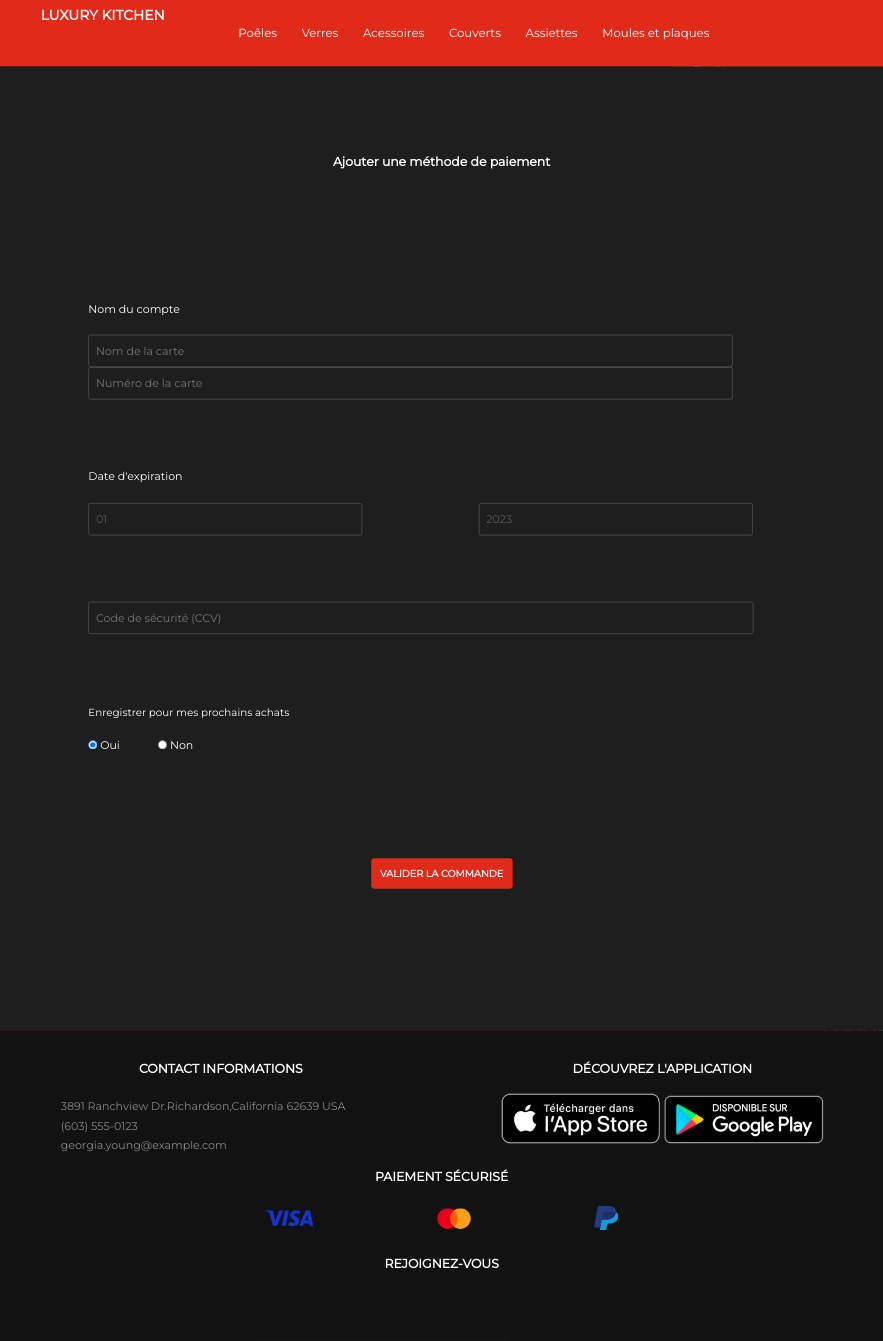
Repository: Juannpl/Luxury-Kicthen
Page: html/paiement.html
The author's editor kept a copy of each file at every save. The page is drawn from the files as they stood at one save, then again after the next save.
The browser window is 1280 px wide. The pictures show the whole page, at 69% of full size.
Some icons come from a web library that is not loaded, so they are not drawn.

Above is the page before, as saved 2023-02-17 09:59:38.

After the next save:
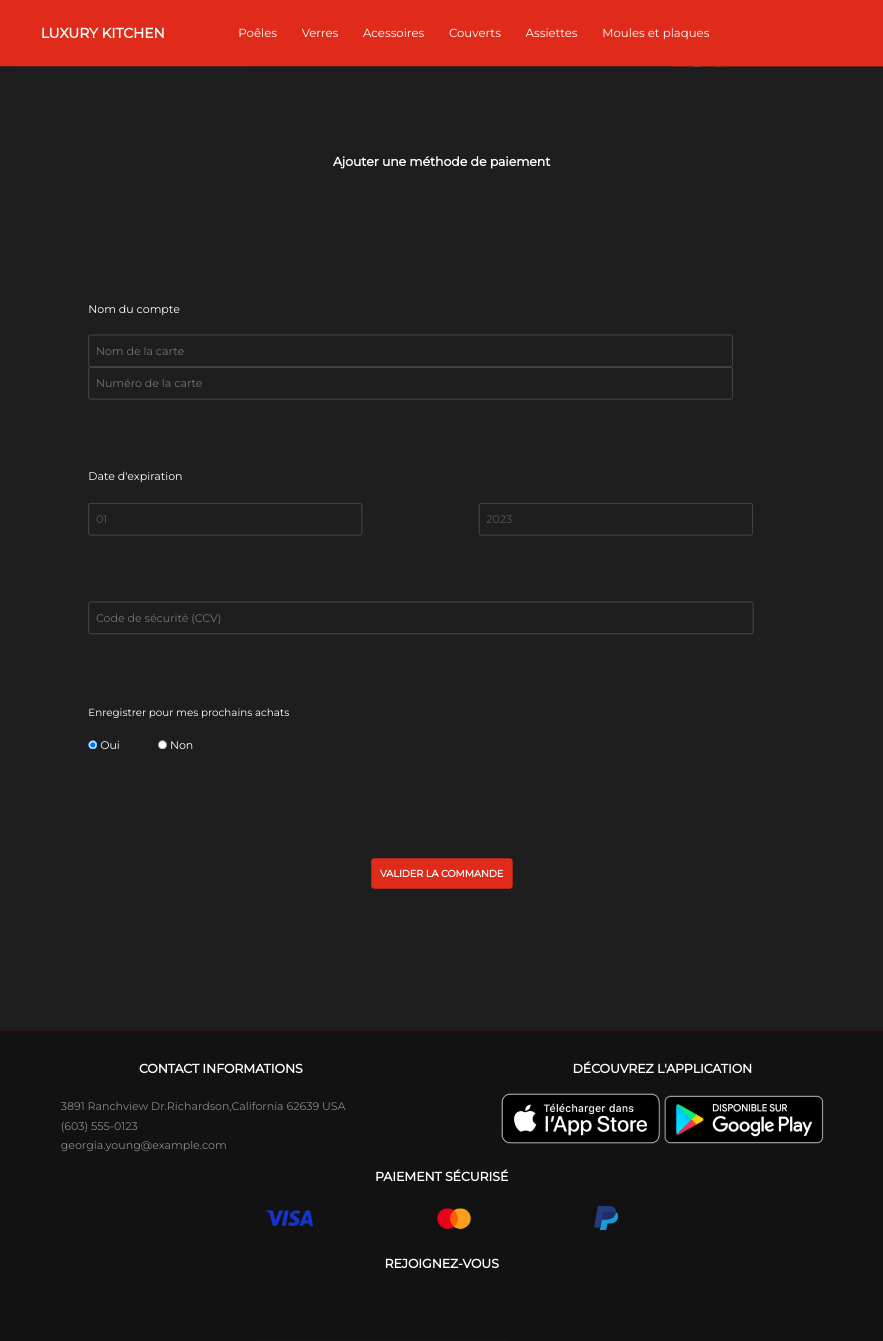
Saved 4 s later.
--- a/css/style.css
+++ b/css/style.css
@@ -58,7 +58,7 @@ img{
 }
 
 .logo box-icon {
-    display: ;
+    display: none;
 }
 
 .barre_categorie{
